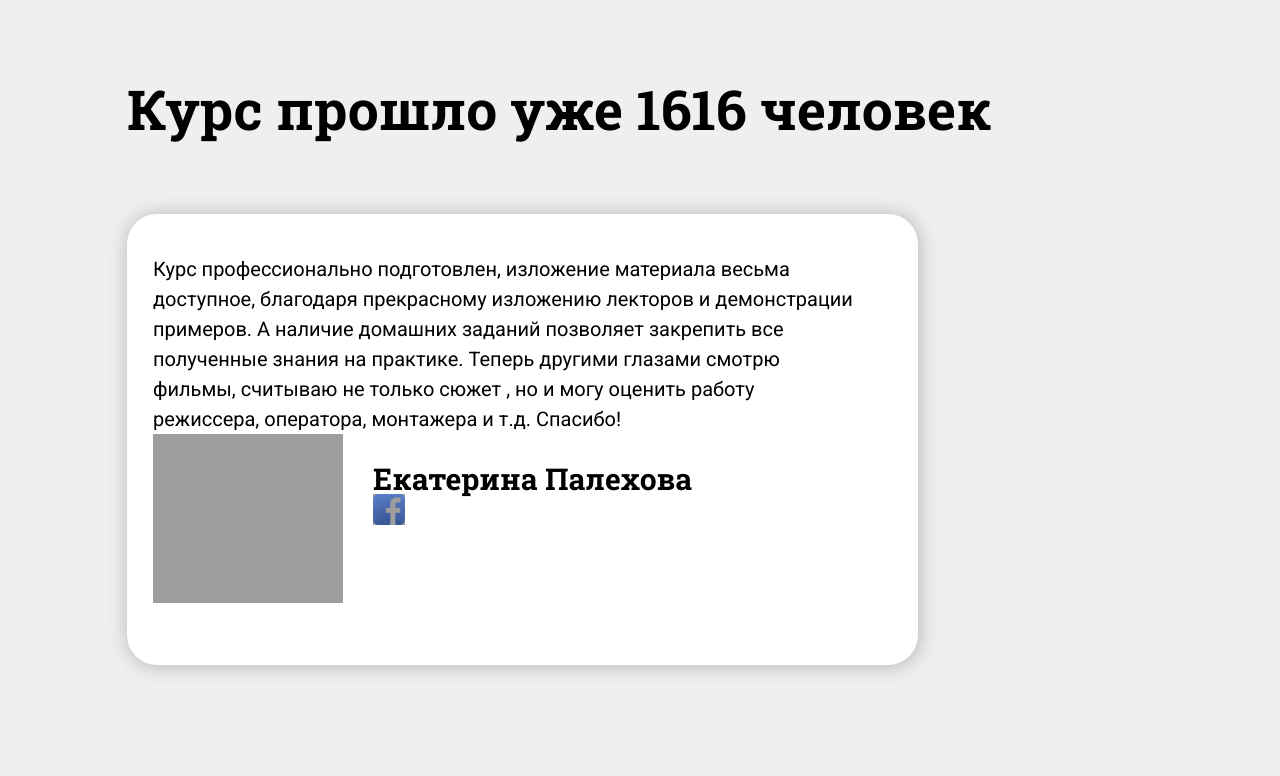
Repository: NatiqSamiyev/gray-task
Page: index.html
An editor plug-in stored every save of this project. The page is shown before and after a run of saves, followed by the edit.
The browser window is 1280 px wide. The pictures show the whole page.
Pictures or frames that could not be fetched are drawn as grey boxes.

Above is the page before, as saved 2023-08-12 14:19:57.

After the next 4 saves:
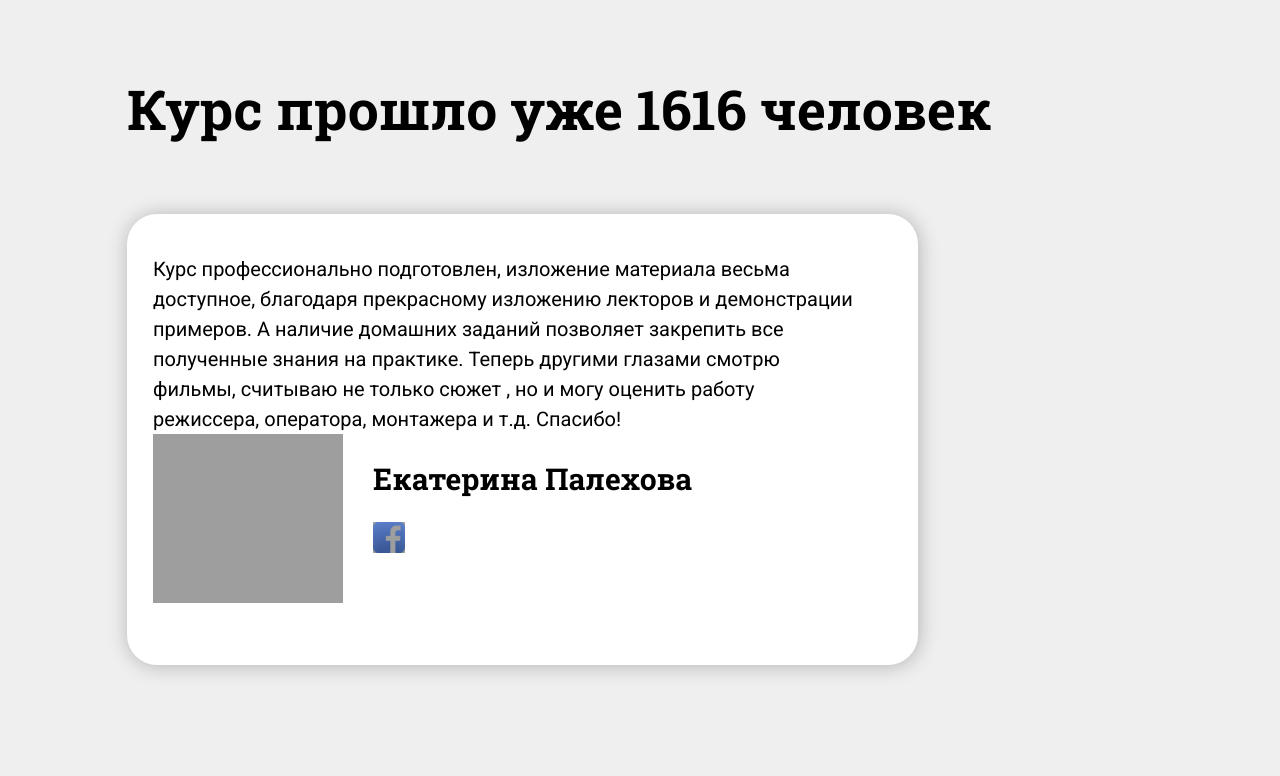
The 4 saves are shown as one change because they came seconds apart.
The last was saved 12 s later.
--- a/index.css
+++ b/index.css
@@ -63,7 +63,7 @@ ul li {
 }
 
 .list-2 h2 {
-  /* margin:m 50px 0 127px 30px; */
+  margin-bottom: 28px;
   color: #000;
   font-family: Roboto Slab;
   font-size: 30px;
